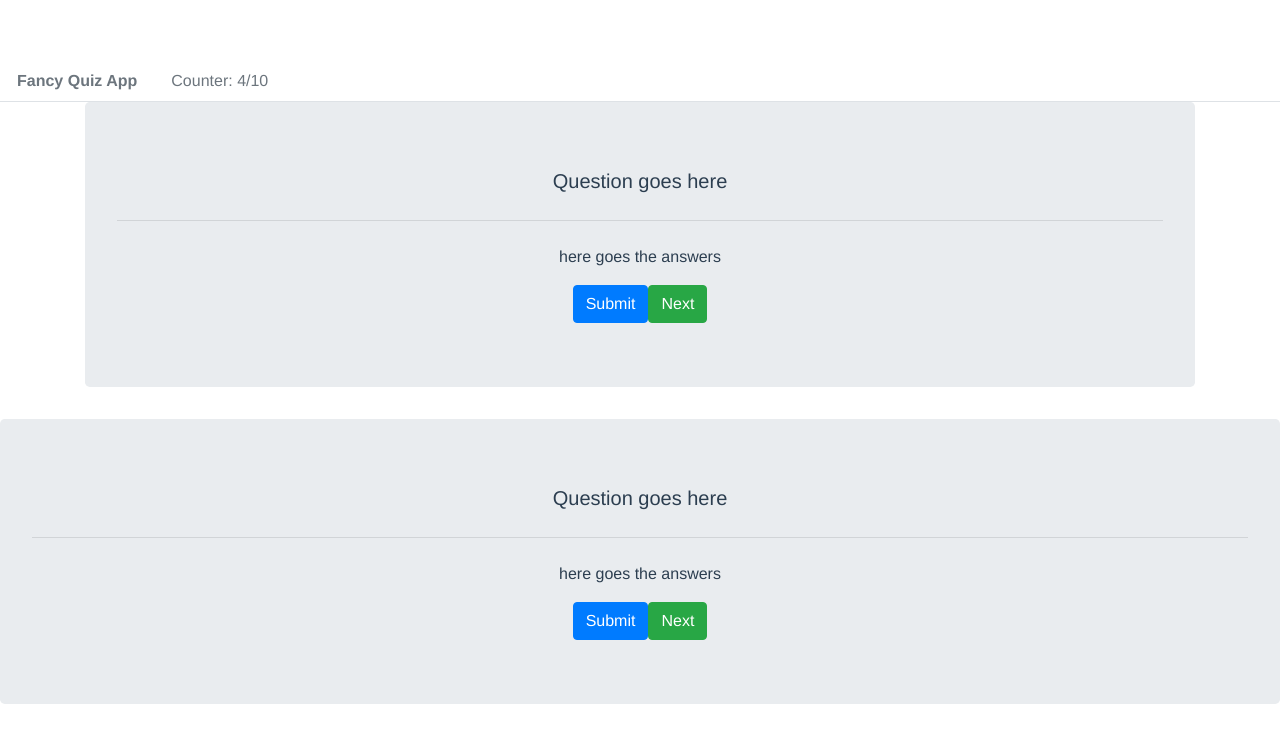
Repository: cacm96/Quiz
Page: /
These files come from the project's save history. The page is drawn as it stood at one moment and after the next save; the edit follows.
The browser window is 1280 px wide. The pictures show the whole page.
The project was rebuilt for these pictures with package versions that can differ from the ones it lists, and the page was loaded fresh each time.

Above is the page before, as saved 2021-04-26 10:46:45.

After the next save:
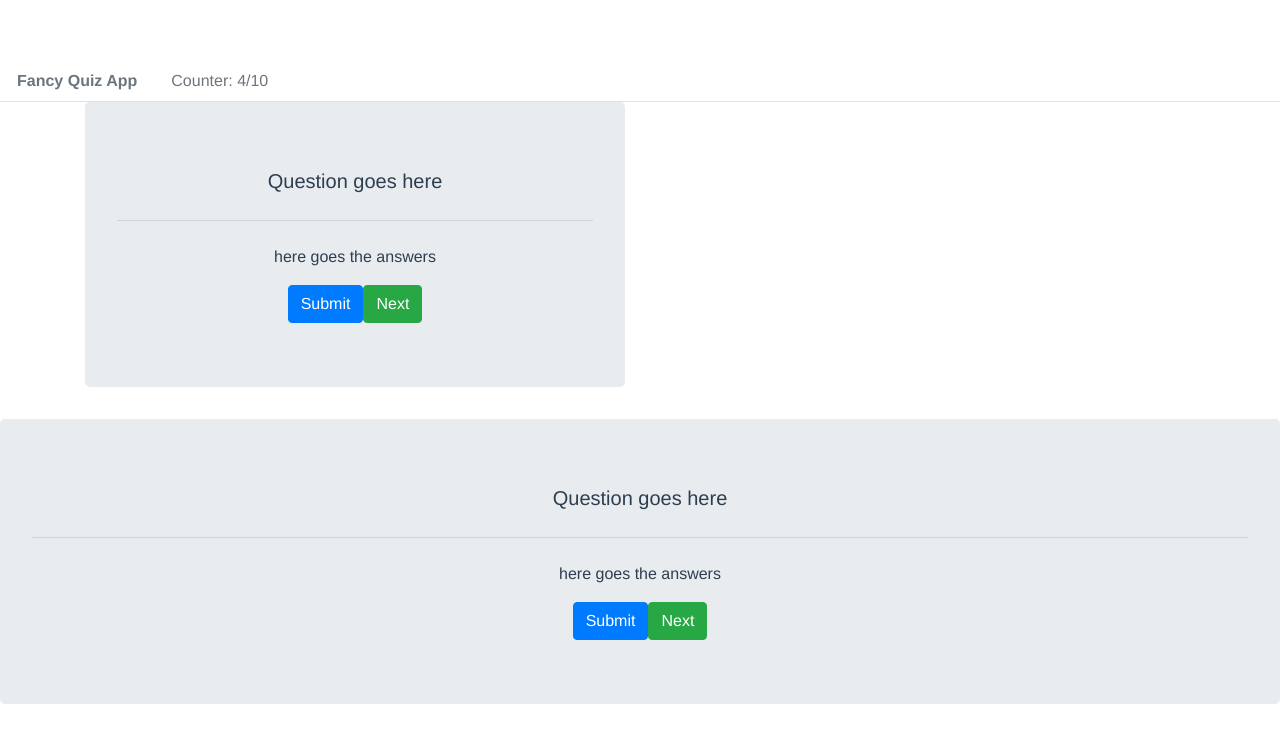
Saved 37 s later.
--- a/src/App.vue
+++ b/src/App.vue
@@ -3,7 +3,9 @@
     <Header />
     <b-container class="bv-example-row">
       <b-row>
-        <b-col><QuestionBox /></b-col>
+        <b-col sm="6">
+          <QuestionBox />
+        </b-col>
       </b-row>
     </b-container>
     <QuestionBox />
